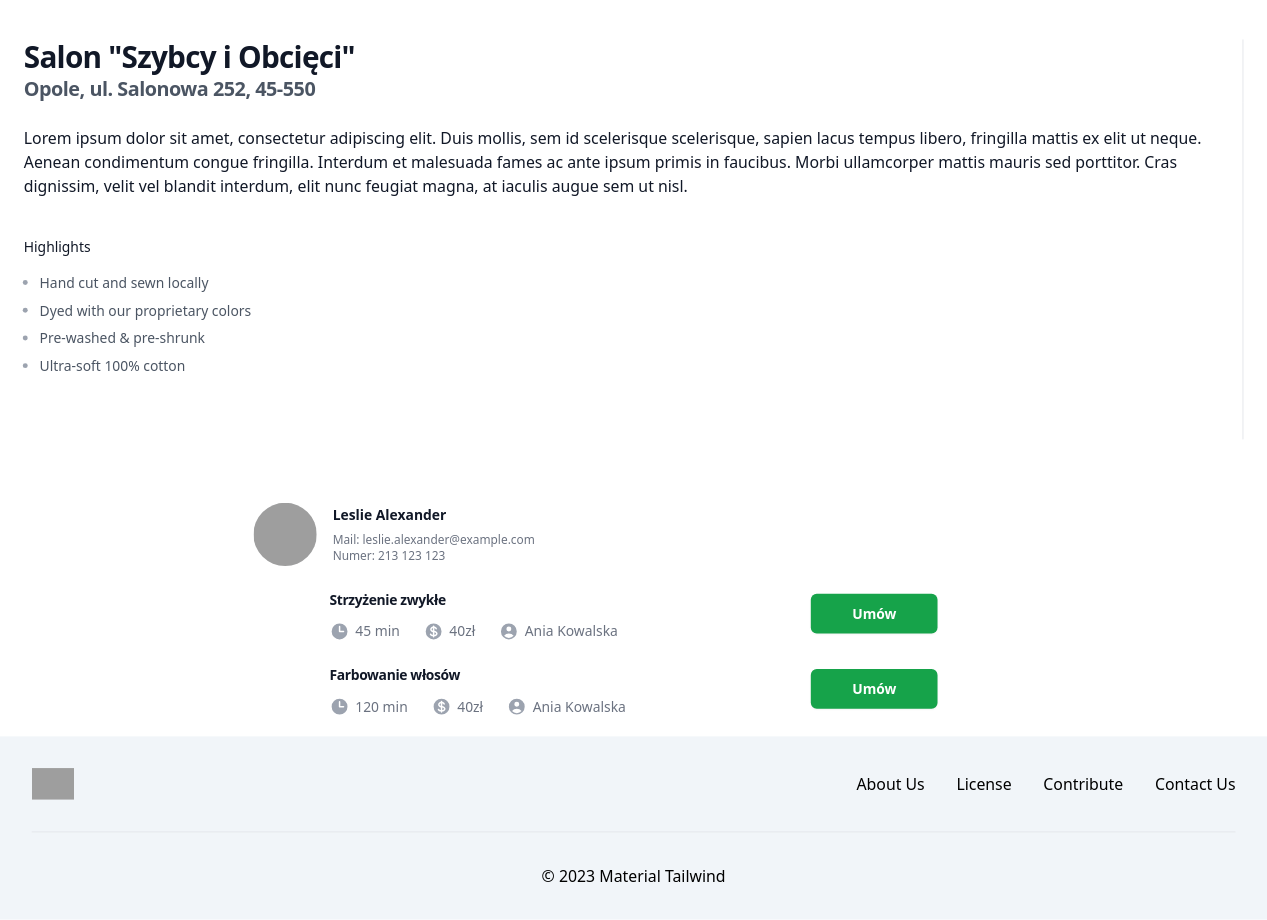
Repository: PrzemyslawJura/my-app
Page: /stronasalonu (app in frontend/)
The author's editor kept a copy of each file at every save. The page is drawn from the files as they stood at one save, then again after the next save.
The browser window is 1280 px wide. The pictures show the part of the page from y = 516 to 1469 px (the page is 1445 px tall before and 1469 px after), at 99% of full size.
Pictures or frames that could not be fetched are drawn as grey boxes. The project was rebuilt for these pictures with package versions that can differ from the ones it lists, and the page was loaded fresh each time. Also part of the build but not shown: frontend/src/components/Location.jsx, frontend/src/home/Feature.jsx, frontend/src/shared_np_buttony_inputy_kalendarze_itp/PaginationTile.jsx, frontend/src/home/Pagination.jsx, frontend/src/home/Listbox.jsx, frontend/src/home/StepOne.jsx, frontend/src/home/StepTwo.jsx, frontend/src/home/SalonOffer.jsx and 19 more.

Above is the page before, as saved 2023-11-21 20:22:55.

After the next save:
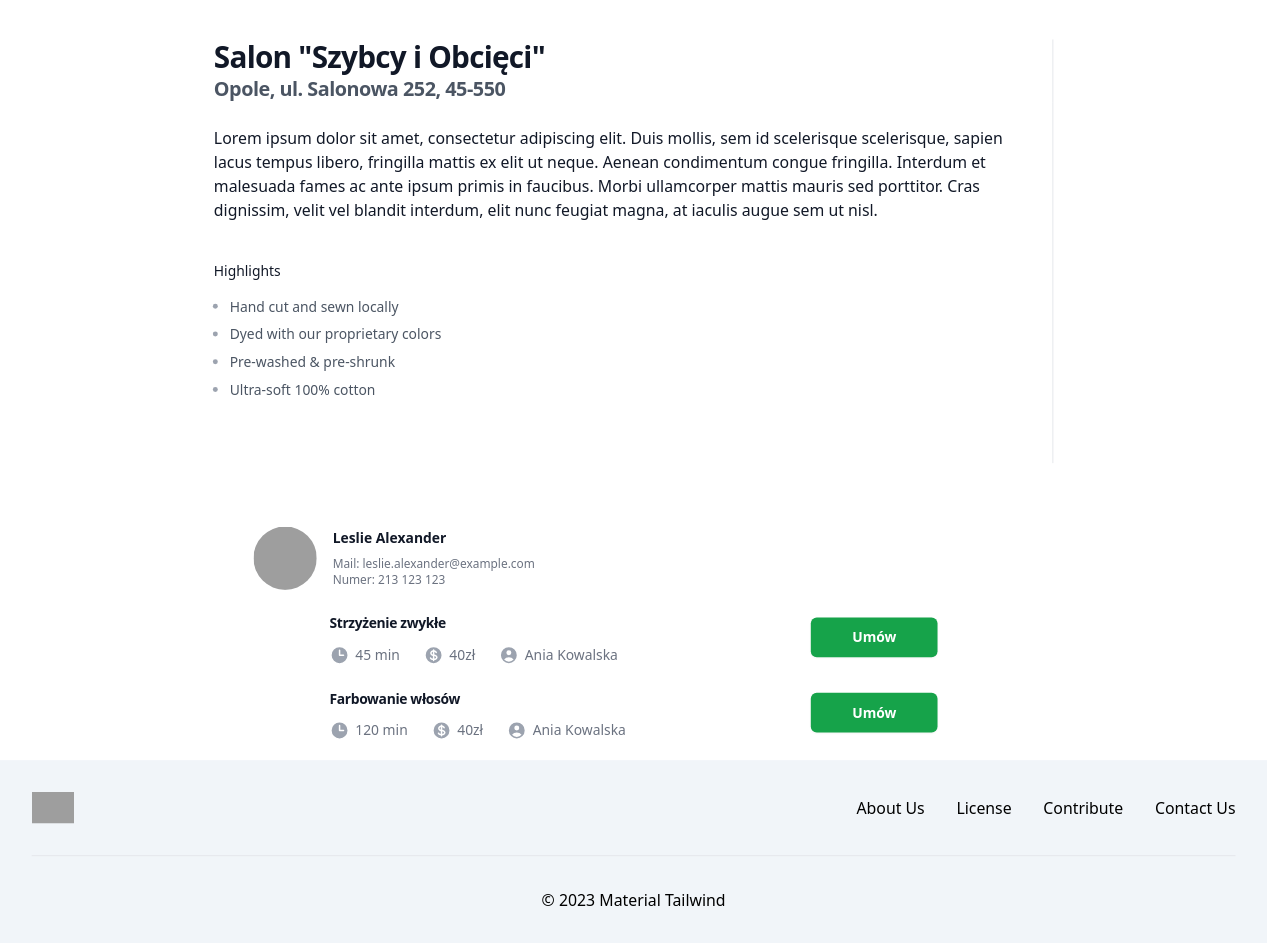
Saved 17 s later.
--- a/frontend/src/biznes/Salon.jsx
+++ b/frontend/src/biznes/Salon.jsx
@@ -84,7 +84,7 @@ export default function Salon() {
         </div>
 
         {/* Product info */}
-        <div className="mx-auto px-4 pb-16 pt-10 sm:px-6 ">
+        <div className="mx-auto px-4 pb-16 pt-10 sm:px-6 max-w-4xl ">
           <div className="lg:col-span-2 lg:border-r lg:border-gray-200 lg:pr-8">
             <h1 className="text-2xl font-bold tracking-tight text-gray-900 sm:text-3xl">{product.name}</h1>
             <h3 className="text-xl font-semibold tracking-tight text-gray-600">{product.city}, {product.street}, {product.code}</h3>
